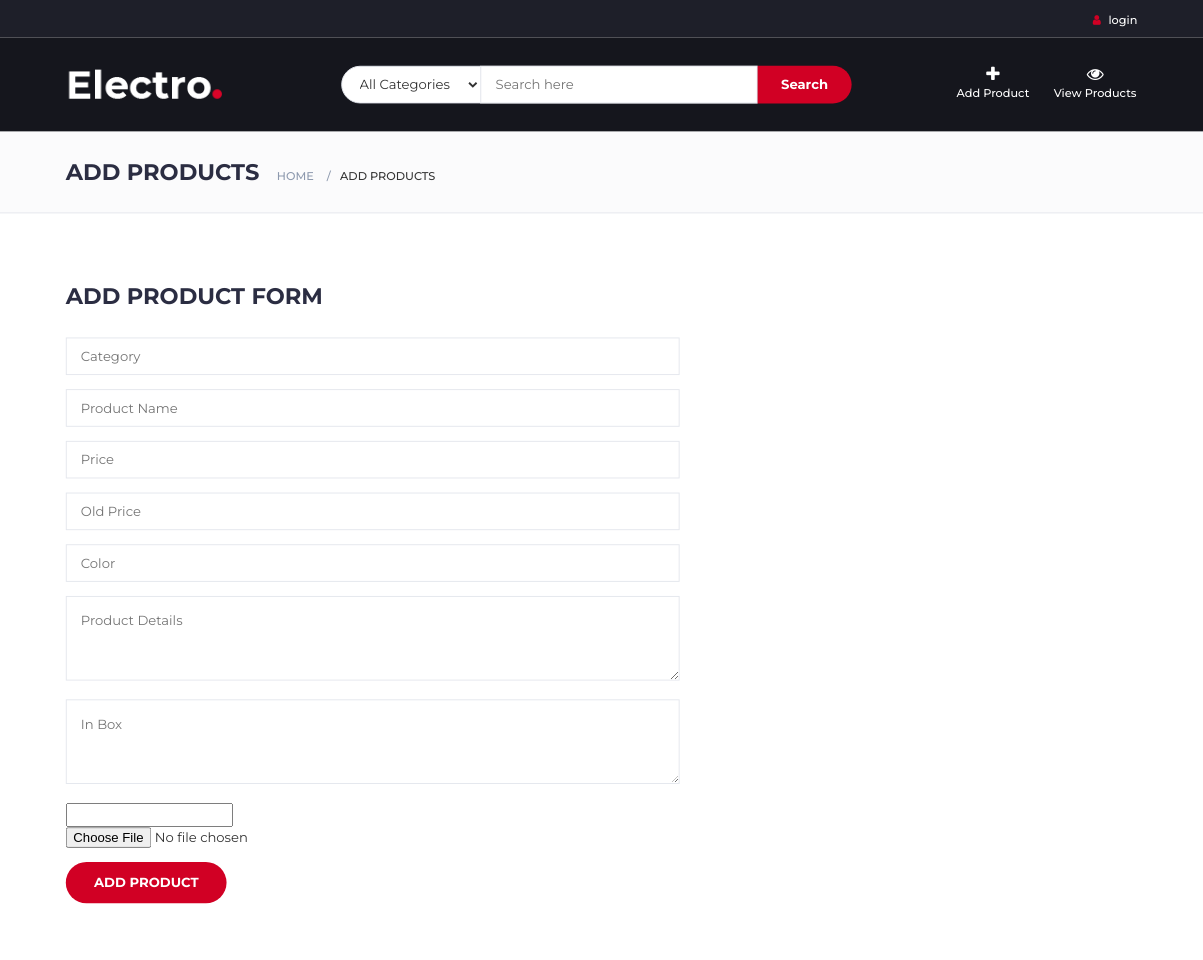
Repository: kinjalsavaliya263/JAVA
Page: http://localhost/electro-master/addproduct.jsp
The author's editor kept a copy of each file at every save. The page is drawn from the files as they stood at one save, then again after the next save.
The browser window is 1280 px wide. The pictures show the whole page, at 94% of full size.
The page is served by Tomcat 9. The template is opened directly, without the code that normally fills it, so the values that code supplies are empty.

Above is the page before, as saved 2023-04-04 15:52:03.

After the next save:
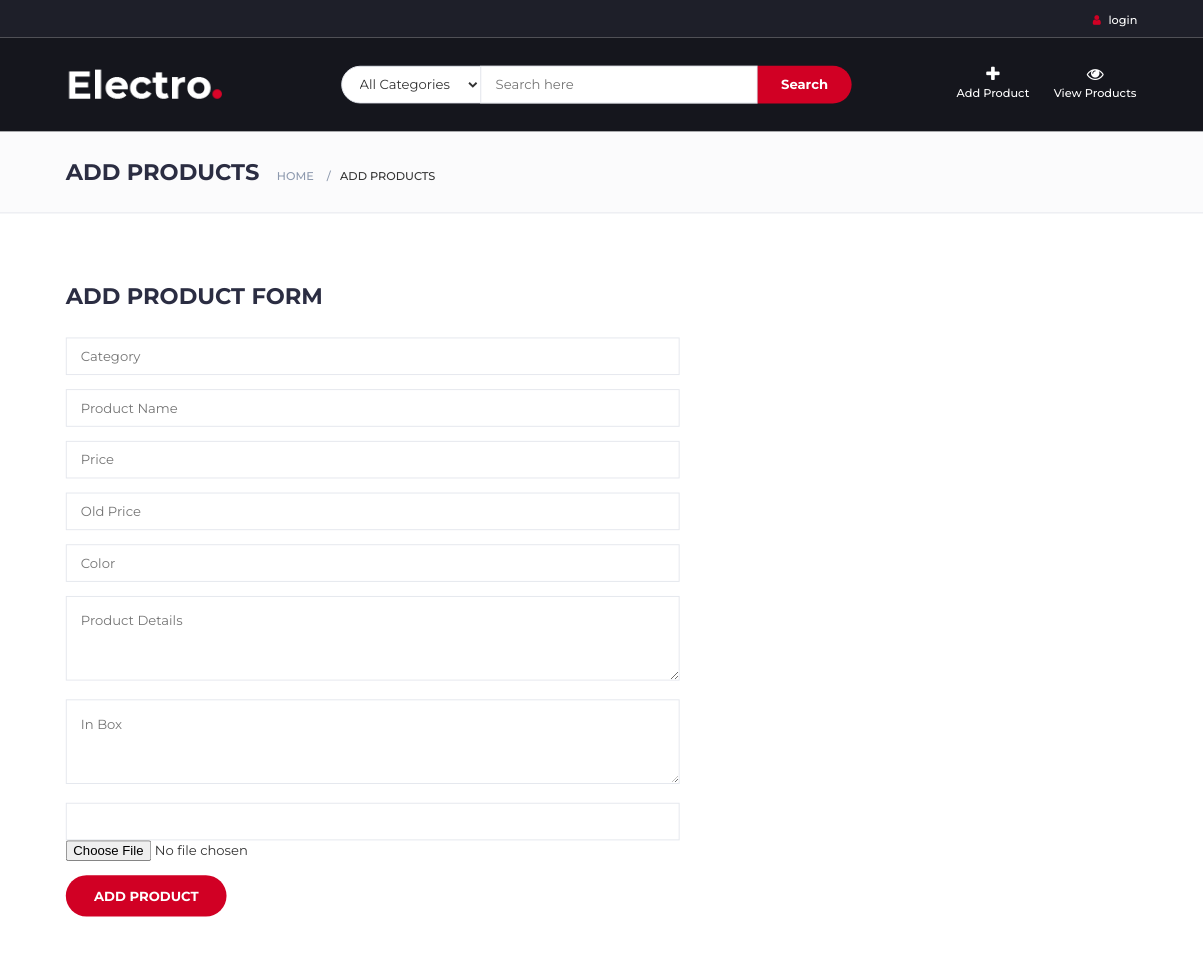
Saved 22 s later.
--- a/electro-master/src/main/webapp/addproduct.jsp
+++ b/electro-master/src/main/webapp/addproduct.jsp
@@ -80,7 +80,7 @@
 									placeholder="In Box" id="inbox"></textarea>
 							</div>
 							<div class="form-group">
-								<input type="text" name="image"> <input type="file"
+								<input class="input" type="text" name="image"> <input type="file"
 									name="image">
 							</div>
 
